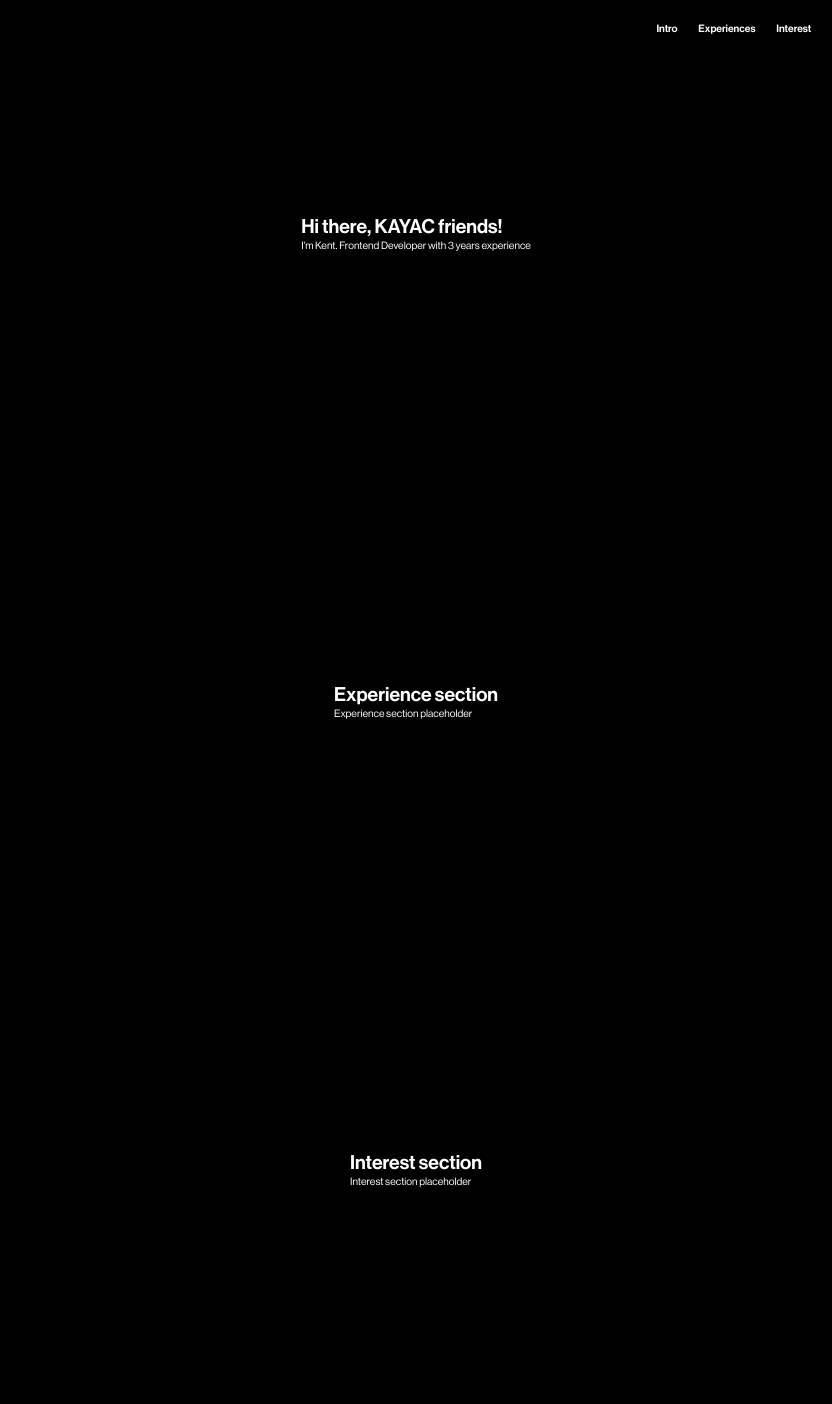
Repository: kentnathaniel/kayac-presentation
Page: /
An editor plug-in stored every save of this project. The page is shown before and after the next save, followed by the edit.
The browser window is 1280 px wide. The pictures show the whole page, at 65% of full size.
The project was rebuilt for these pictures with package versions that can differ from the ones it lists, and the page was loaded fresh each time. Also part of the build but not shown: vite.config.ts.

Above is the page before, as saved 2024-09-14 09:13:56.

### src/App.tsx
import SmartCat from "./assets/smart-cat-suits.svg";

function App() {
  return (
    <div className="flex flex-col w-screen min-h-screen overflow-x-hidden">
      <nav className="flex w-screen fixed top-0 gap-8 p-8 justify-end">
        <a className="cursor-pointer">Intro</a>
        <a className="cursor-pointer">Experiences</a>
        <a className="cursor-pointer">Interest</a>
      </nav>

      <div className="flex flex-col justify-center mx-auto h-screen">
        <h1 className="text-3xl text-left">Hi there, KAYAC friends!</h1>
        <p className="font-thin">
          I'm Kent. Frontend Developer with 3 years experience
        </p>
      </div>

      <div className="flex flex-col justify-center mx-auto h-screen">
        <h1 className="text-3xl text-left">Experience section</h1>
        <p className="font-thin">Experience section placeholder</p>
      </div>

      <div className="flex flex-col justify-center mx-auto h-screen">
        <h1 className="text-3xl text-left">Interest section</h1>
        <p className="font-thin">Interest section placeholder</p>
      </div>
    </div>
  );
}

export default App;

### src/index.css
@tailwind base;
@tailwind components;
@tailwind utilities;

body {
  background-color: black;
  color: white;
}

/* Thin */
@font-face {
  font-family: "Neue-Haas-Grotesk";
  src: url("./assets/fonts/NeueHaasDisplayRoman.ttf") format("truetype");
  font-weight: 300;
  font-style: normal;
}

@font-face {
  font-family: "Neue-Haas-Grotesk";
  src: url("./assets/fonts/NeueHaasDisplayRomanItalic.ttf") format("truetype");
  font-weight: 300;
  font-style: italic;
}

/* Mediums */
@font-face {
  font-family: "Neue-Haas-Grotesk";
  src: url("./assets/fonts/NeueHaasDisplayMedium.ttf") format("truetype");
  font-weight: 400;
  font-style: normal;
}

@font-face {
  font-family: "Neue-Haas-Grotesk";
  src: url("./assets/fonts/NeueHaasDisplayMediumItalic.ttf") format("truetype");
  font-weight: 400;
  font-style: italic;
}

/* Bolds */
@font-face {
  font-family: "Neue-Haas-Grotesk";
  src: url("./assets/fonts/NeueHaasDisplayBold.ttf") format("truetype");
  font-weight: 700;
  font-style: normal;
}

@font-face {
  font-family: "Neue-Haas-Grotesk";
  src: url("./assets/fonts/NeueHaasDisplayBoldItalic.ttf") format("truetype");
  font-weight: 700;
  font-style: italic;
}

body {
  font-family: "Neue-Haas-Grotesk", Arial, Helvetica, sans-serif;
}

### tailwind.config.ts
/** @type {import('tailwindcss').Config} */
export default {
  content: ["./index.html", "./src/**/*.{js,ts,jsx,tsx}"],
  theme: {
    extend: {
      fontFamily: {
        custom: ["Neue-Haas-Grotesk"],
      },
    },
  },
  plugins: [],
};

Loaded but not shown: index.html (common file); src/main.tsx (common file)

After the next save:
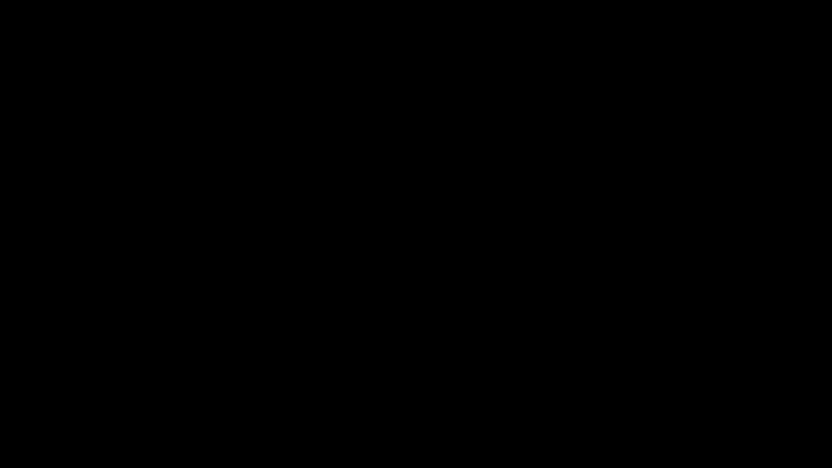
Console error (its wording comes from the project's code and is left out).
Saved 8 s later.
--- a/src/App.tsx
+++ b/src/App.tsx
@@ -10,6 +10,7 @@
       </nav>
 
       <div className="flex flex-col justify-center mx-auto h-screen">
+        <SmartCat />
         <h1 className="text-3xl text-left">Hi there, KAYAC friends!</h1>
         <p className="font-thin">
           I'm Kent. Frontend Developer with 3 years experience

After the 4 saves that followed:
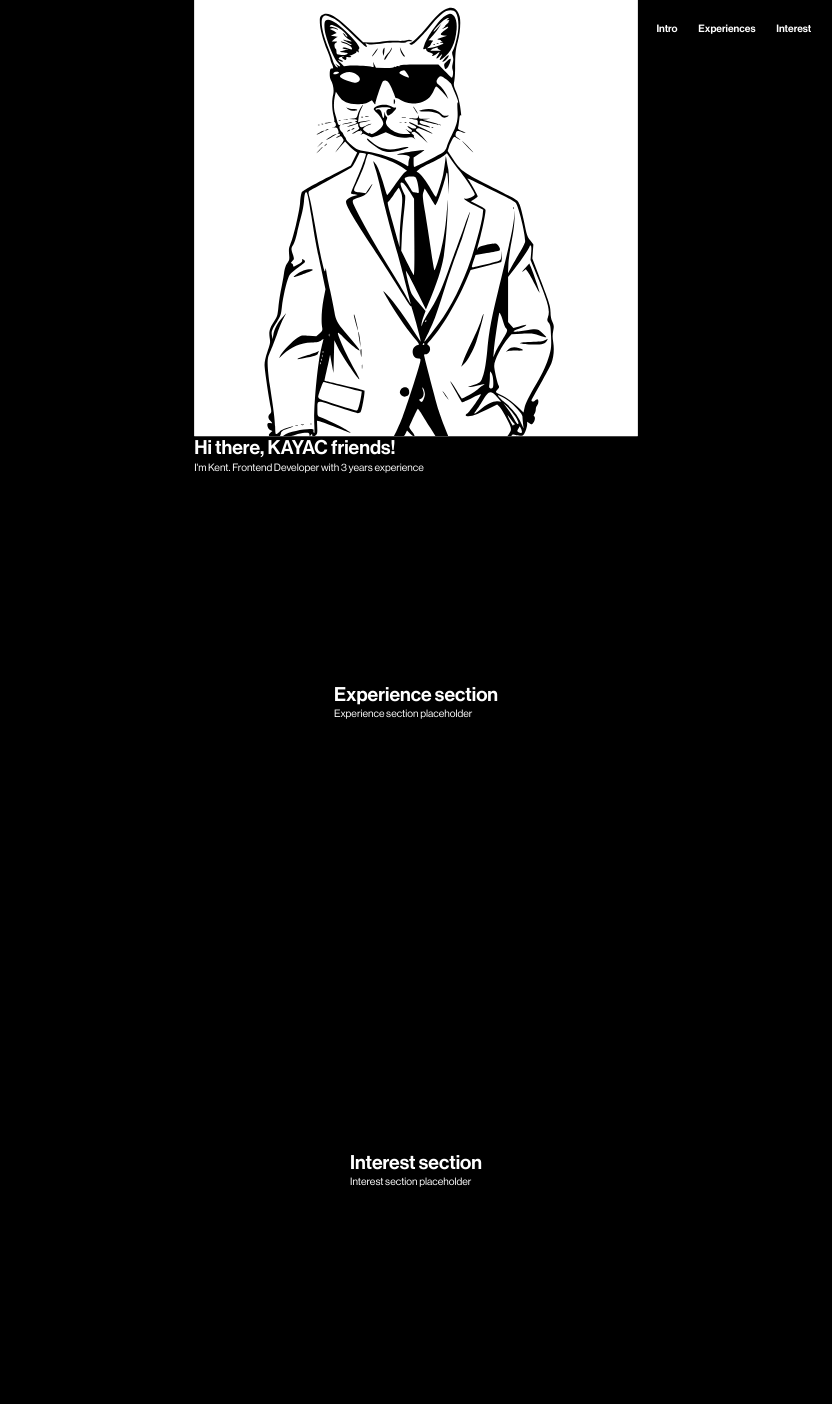
The error is gone.
The 4 saves are shown as one change because 3 left the picture as it was.
The last was saved 62 s later.
--- a/src/App.tsx
+++ b/src/App.tsx
@@ -1,4 +1,4 @@
-import SmartCat from "./assets/smart-cat-suits.svg";
+import SmartCat from "./assets/smart-cat-suits.svg?react";
 
 function App() {
   return (
@@ -9,8 +9,10 @@
         <a className="cursor-pointer">Interest</a>
       </nav>
 
-      <div className="flex flex-col justify-center mx-auto h-screen">
-        <SmartCat />
+      <div className="flex flex-col justify-center mx-auto h-screen ">
+        <div className="bg-white">
+          <SmartCat className="text-white bg-white" />
+        </div>
         <h1 className="text-3xl text-left">Hi there, KAYAC friends!</h1>
         <p className="font-thin">
           I'm Kent. Frontend Developer with 3 years experience
